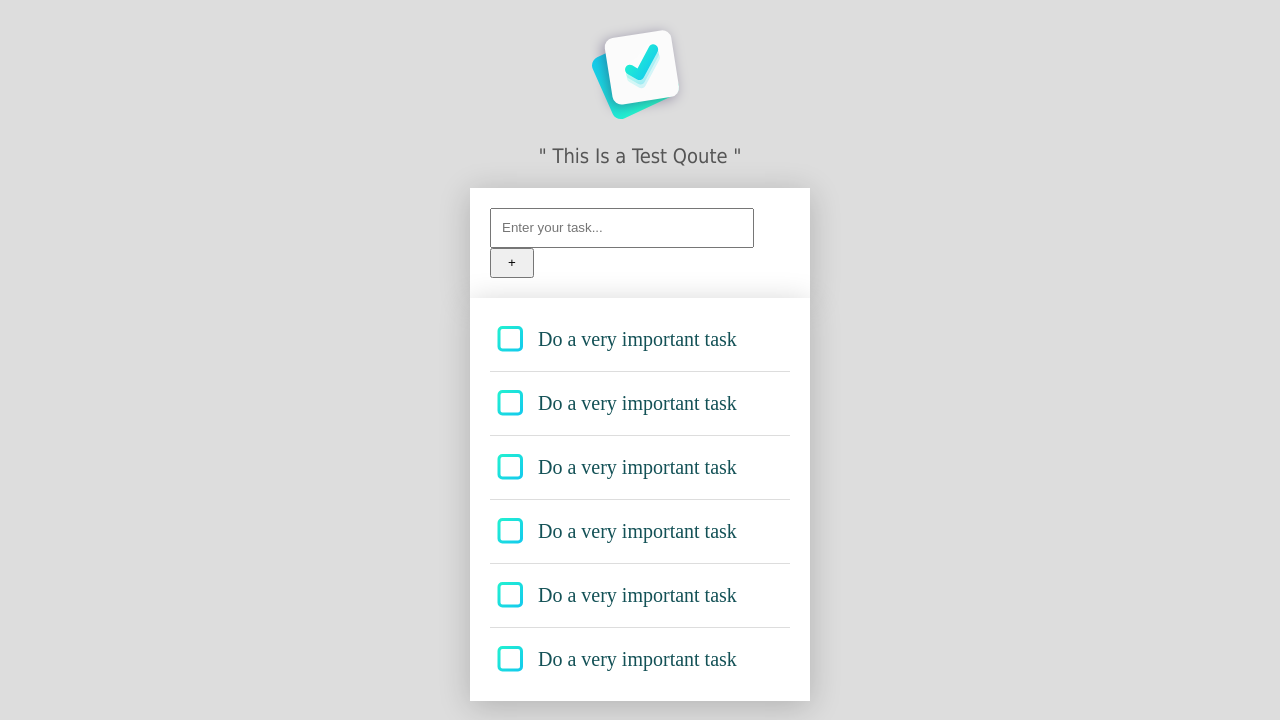
Repository: ahmedhamed15/React-Todo
Page: /
The author's editor kept a copy of each file at every save. The page is drawn from the files as they stood at one save, then again after the next save.
The browser window is 1280 px wide. The pictures show the whole page.
The project was rebuilt for these pictures with package versions that can differ from the ones it lists, and the page was loaded fresh each time.

Above is the page before, as saved 2021-07-26 14:53:21.

### src/index.js
import React from 'react';
import ReactDOM from 'react-dom';
import './index.scss';
import App from './App';

ReactDOM.render(<App />,document.getElementById('root'));

### src/App.js
import MainLogo from "./components/MainLogo";
import Qoute from "./components/Qoute";
import TodoList from "./components/Todos/TodoList";

function App() {
  return (
    <section className="App">
      <MainLogo />
      <Qoute />
      <TodoList />
    </section>
  );
}

export default App;

### src/components/MainLogo/index.js
import "./style.scss"

const index = () => {
    return (
        <section className="main-logo">
            <svg width="100px" height="100px" viewBox="0 0 100 100" version="1.1" xmlns="http://www.w3.org/2000/svg" xmlnsXlink="http://www.w3.org/1999/xlink">
                <desc>Created with Sketch.</desc>
                <defs>
                <linearGradient x1="34.9523037%" y1="0%" x2="116.039609%" y2="115.484477%" id="linearGradient-1">
                    <stop stop-color="#27FDC7" offset="0%"></stop>
                    <stop stop-color="#0FC0F5" offset="100%"></stop>
                </linearGradient>
                <rect id="path-2" x="19.8783454" y="5.46149939" width="67.2578578" height="67.2008596" rx="8.99999976"></rect>
                <filter x="-35.7%" y="-28.3%" width="162.4%" height="162.5%" filterUnits="objectBoundingBox" id="filter-3">
                    <feOffset dx="-3" dy="2" in="SourceAlpha" result="shadowOffsetOuter1"></feOffset>
                    <feGaussianBlur stdDeviation="6.5" in="shadowOffsetOuter1" result="shadowBlurOuter1"></feGaussianBlur>
                    <feColorMatrix values="0 0 0 0 0.0296505968   0 0 0 0 0.0172602666   0 0 0 0 0.100446429  0 0 0 0.423177083 0" type="matrix" in="shadowBlurOuter1"></feColorMatrix>
                </filter>
                <linearGradient x1="0%" y1="0%" x2="115.291753%" y2="112.548614%" id="linearGradient-4">
                    <stop stop-color="#27FDC7" offset="0%"></stop>
                    <stop stop-color="#0FC0F5" offset="83.2001616%"></stop>
                    <stop stop-color="#27FDC7" offset="100%"></stop>
                </linearGradient>
                <path d="M40.2086259,6.21042694 C39.2480415,5.24152695 38.1027468,4.75708888 36.7727039,4.75708888 C35.4426658,4.75708888 34.3096854,5.24152695 33.3737297,6.21042694 L16.3049725,23.7622477 L12.0193093,19.3649757 C11.0833536,18.3960804 9.9503732,17.9116376 8.62033507,17.9116376 C7.29029269,17.9116376 6.14499751,18.3960804 5.1844131,19.3649757 C4.24845898,20.3338709 3.78048896,21.5077058 3.78048896,22.8865186 C3.78048896,24.2653314 4.24845898,25.4391663 5.1844131,26.4080615 L12.8690505,34.3082476 C13.8296349,35.2771428 14.9749296,35.7615833 16.3049725,35.7615833 C17.6350106,35.7615833 18.767991,35.2771428 19.7039467,34.3082476 L40.2086259,13.2535128 C41.1445816,12.2597758 41.61255,11.0797257 41.61255,9.71333379 C41.61255,8.34694665 41.1445816,7.17932216 40.2086259,6.21042694 Z" id="path-5"></path>
                <filter x="-51.5%" y="-62.9%" width="203.1%" height="225.8%" filterUnits="objectBoundingBox" id="filter-6">
                    <feOffset dx="0" dy="0" in="SourceAlpha" result="shadowOffsetOuter1"></feOffset>
                    <feGaussianBlur stdDeviation="6.5" in="shadowOffsetOuter1" result="shadowBlurOuter1"></feGaussianBlur>
                    <feColorMatrix values="0 0 0 0 1   0 0 0 0 1   0 0 0 0 1  0 0 0 0.588937953 0" type="matrix" in="shadowBlurOuter1"></feColorMatrix>
                </filter>
                </defs>
                <g id="Page-1" stroke="none" stroke-width="1" fill="none" fill-rule="evenodd">
                <g id="Artboard-2" transform="translate(-214.000000, -272.000000)">
                    <g id="Group-4" transform="translate(201.000000, 269.000000)">
                        <g id="Group-3" transform="translate(58.787474, 58.534712) rotate(-6.000000) translate(-58.787474, -58.534712) translate(5.642436, 5.434712)">
                            <g id="Group-2" transform="translate(52.899385, 53.035097) rotate(7.000000) translate(-52.899385, -53.035097) translate(5.609309, 5.785097)">
                            <path d="M20.0219734,15.1240886 L74.1829282,14.1930575 C79.1527566,14.1076258 83.2508546,18.0672116 83.3362864,23.03704 C83.3371726,23.0885978 83.3376158,23.1401624 83.3376158,23.1917278 L83.3376158,72.0429044 C83.3376158,76.9531616 79.4018358,80.9571794 74.4923039,81.0415747 L20.3313491,81.9726057 C15.3615207,82.0580374 11.2634227,78.0984516 11.1779909,73.1286232 C11.1771047,73.0770654 11.1766615,73.0255009 11.1766615,72.9739354 L11.1766615,24.1227589 C11.1766615,19.2125016 15.1124415,15.2084838 20.0219734,15.1240886 Z" id="Rectangle" fill="url(#linearGradient-1)" transform="translate(47.257139, 48.082832) scale(-1, -1) rotate(-25.000000) translate(-47.257139, -48.082832) "></path>
                            <g id="Rectangle" transform="translate(53.507274, 39.061929) rotate(-10.000000) translate(-53.507274, -39.061929) ">
                                <use fill="black" fill-opacity="1" filter="url(#filter-3)" xlinkHref="#path-2"></use>
                                <use fill="#FBFBFB" fill-rule="evenodd" xlinkHref="#path-2"></use>
                            </g>
                            </g>
                        </g>
                        <g id="Group-5" transform="translate(43.000000, 26.000000)">
                            <path d="M41.1093892,10.5623533 C40.1488048,9.59345333 39.0035101,9.10901526 37.6734673,9.10901526 C36.3434291,9.10901526 35.2104488,9.59345333 34.274493,10.5623533 L17.2057358,28.1141741 L12.9200727,23.716902 C11.9841169,22.7480068 10.8511366,22.263564 9.52109843,22.263564 C8.19105605,22.263564 7.04576086,22.7480068 6.08517646,23.716902 C5.14922234,24.6857973 4.68125232,25.8596322 4.68125232,27.238445 C4.68125232,28.6172578 5.14922234,29.7910927 6.08517646,30.7599879 L13.7698139,38.660174 C14.7303983,39.6290692 15.875693,40.1135096 17.2057358,40.1135096 C18.535774,40.1135096 19.6687543,39.6290692 20.6047101,38.660174 L41.1093892,17.6054392 C42.045345,16.6117022 42.5133134,15.4316521 42.5133134,14.0652602 C42.5133134,12.698873 42.045345,11.5312485 41.1093892,10.5623533 Z" id="Page-1" fill="url(#linearGradient-4)" opacity="0.3" transform="translate(23.597283, 24.611262) rotate(-16.000000) translate(-23.597283, -24.611262) "></path>
                            <path d="M42.0101526,14.2623533 C41.0495682,13.2934533 39.9042735,12.8090153 38.5742306,12.8090153 C37.2441925,12.8090153 36.1112121,13.2934533 35.1752564,14.2623533 L18.1064992,31.8141741 L13.820836,27.416902 C12.8848803,26.4480068 11.7518999,25.963564 10.4218618,25.963564 C9.09181941,25.963564 7.94652422,26.4480068 6.98593982,27.416902 C6.78271177,27.6272827 6.60154798,27.8473258 6.4424483,28.0770317 C5.8688243,28.9052219 5.58201568,29.8590202 5.58201568,30.938445 C5.58201568,32.3172578 6.04998569,33.4910927 6.98593982,34.4599879 L14.6705772,42.360174 C15.6311616,43.3290692 16.7764563,43.8135096 18.1064992,43.8135096 C19.4365373,43.8135096 20.5695177,43.3290692 21.5054734,42.360174 L42.0101526,21.3054392 C42.9461083,20.3117022 43.4140767,19.1316521 43.4140767,17.7652602 C43.4140767,16.398873 42.9461083,15.2312485 42.0101526,14.2623533 Z" id="Page-1" fill="url(#linearGradient-4)" opacity="0.2" transform="translate(24.498046, 28.311262) rotate(-16.000000) translate(-24.498046, -28.311262) "></path>
                            <g id="Page-1" transform="translate(22.696519, 20.259336) rotate(-16.000000) translate(-22.696519, -20.259336) ">
                            <use fill="black" fill-opacity="1" filter="url(#filter-6)" xlinkHref="#path-5"></use>
                            <use fill="url(#linearGradient-4)" fill-rule="evenodd" xlinkHref="#path-5"></use>
                            </g>
                        </g>
                    </g>
                </g>
                </g>
            </svg>
        </section>
    )
}

export default index

### src/components/Qoute/index.js
import "./style.scss"

const index = () => {
    return (
        <section className="qoute">
            <blockquote> This Is a Test Qoute </blockquote>
        </section>
    )
}

export default index

### src/components/Todos/TodoList/index.js
import TodoItem from "../TodoItem";
import TodoFrom from "../TodoForm";
import "./style.scss"

const index = () => {
    return (
        <section className="todos-list">

            {/* General SVG code for checkbox */}
            <svg viewBox="0 0 0 0" style={ {position: 'absolute', zIndex: '-1', opacity: '0'} }>
                <defs>
                <linearGradient id="boxGradient" gradientUnits="userSpaceOnUse" x1="0" y1="0" x2="25" y2="25">
                    <stop offset="0%"   stop-color="#27FDC7"/>
                    <stop offset="100%" stop-color="#0FC0F5"/>
                </linearGradient>

                <linearGradient id="lineGradient">
                    <stop offset="0%"    stop-color="#0FC0F5"/>
                    <stop offset="100%"  stop-color="#27FDC7"/>
                </linearGradient>

                <path id="todo__line" stroke="url(#lineGradient)" d="M21 12.3h168v0.1z"></path>
                <path id="todo__box" stroke="url(#boxGradient)" d="M21 12.7v5c0 1.3-1 2.3-2.3 2.3H8.3C7 20 6 19 6 17.7V7.3C6 6 7 5 8.3 5h10.4C20 5 21 6 21 7.3v5.4"></path>
                <path id="todo__check" stroke="url(#boxGradient)" d="M10 13l2 2 5-5"></path>
                <circle id="todo__circle" cx="13.5" cy="12.5" r="10"></circle>
                </defs>
            </svg>


            {/* Todo From */}
            <TodoFrom />

            {/* Todos List */}
            <div className="todo-list">
                <TodoItem />
                <TodoItem />
                <TodoItem />
                <TodoItem />
                <TodoItem />
                <TodoItem />
            </div>

        </section>
    )
}

export default index

### src/components/MainLogo/style.scss
.main-logo {
    text-align: center;
}

### src/components/Qoute/style.scss
.qoute {
    text-align: center;
    blockquote {
        font: {
            size: 20px;
            family: 'tahoma', arial;
            weight: 500;
        }
        color: #555;
        &::after,
        &::before {
            content: ' " ';
        }
    }
}

### src/components/Todos/TodoItem/index.js
import "./style.scss"

const index = () => {
    return (
        <label className="todo">
            <input className="todo__state" type="checkbox" />

            <svg xmlns="http://www.w3.org/2000/svg" xmlnsXlink="http://www.w3.org/1999/xlink" viewBox="0 0 200 25" className="todo__icon">
                <use xlinkHref="#todo__line" className="todo__line"></use>
                <use xlinkHref="#todo__box" className="todo__box"></use>
                <use xlinkHref="#todo__check" className="todo__check"></use>
                <use xlinkHref="#todo__circle" className="todo__circle"></use>
            </svg>

            <div className="todo__text">Do a very important task</div>

        </label>
    )
}

export default index

### src/components/Todos/TodoForm/index.js
import "./style.scss";

const index = () => {
    return (
        <form className="todo-form">
            <input type="text" className="todo-form__input-type" placeholder="Enter your task..." />
            <button type="submit" className="todo-form__button-type"> + </button>
        </form>
    )
}

export default index

### src/components/Todos/TodoList/style.scss
.todo-list {
    background: #FFF;
    font-size: 20px;
    max-width: 15em;
    margin: auto;
    padding: 0.5em 1em;
    box-shadow: 0 5px 30px rgba(0, 0, 0, 0.2);
}

### src/components/Todos/TodoItem/style.scss
  .todo {
    display: block;
    position: relative;
    padding: 1em 1em 1em 16%;
    margin: 0 auto;
    cursor: pointer;
    border-bottom: solid 1px #ddd;
  }
  .todo:last-child {
    border-bottom: none;
  }
  .todo__state {
    position: absolute;
    top: 0;
    left: 0;
    opacity: 0;
  }
  .todo__text {
    color: #135156;
    transition: all 0.4s linear 0.4s;
  }
  .todo__icon {
    position: absolute;
    top: 0;
    bottom: 0;
    left: 0;
    width: 100%;
    height: auto;
    margin: auto;
    fill: none;
    stroke: #27FDC7;
    stroke-width: 2;
    stroke-linejoin: round;
    stroke-linecap: round;
  }
  .todo__line,
  .todo__box,
  .todo__check {
    transition: stroke-dashoffset 0.8s cubic-bezier(0.9, 0, 0.5, 1);
  }
  .todo__circle {
    stroke: #27FDC7;
    stroke-dasharray: 1 6;
    stroke-width: 0;
    transform-origin: 13.5px 12.5px;
    transform: scale(0.4) rotate(0deg);
    -webkit-animation: none 0.8s linear;
            animation: none 0.8s linear;
  }
  @-webkit-keyframes explode {
    30% {
      stroke-width: 3;
      stroke-opacity: 1;
      transform: scale(0.8) rotate(40deg);
    }
    100% {
      stroke-width: 0;
      stroke-opacity: 0;
      transform: scale(1.1) rotate(60deg);
    }
  }
  @keyframes explode {
    30% {
      stroke-width: 3;
      stroke-opacity: 1;
      transform: scale(0.8) rotate(40deg);
    }
    100% {
      stroke-width: 0;
      stroke-opacity: 0;
      transform: scale(1.1) rotate(60deg);
    }
  }
  .todo__box {
    stroke-dasharray: 56.1053, 56.1053;
    stroke-dashoffset: 0;
    transition-delay: 0.16s;
  }
  .todo__check {
    stroke: #27FDC7;
    stroke-dasharray: 9.8995, 9.8995;
    stroke-dashoffset: 9.8995;
    transition-duration: 0.32s;
  }
  .todo__line {
    stroke-dasharray: 168, 1684;
    stroke-dashoffset: 168;
  }
  .todo__circle {
    -webkit-animation-delay: 0.56s;
            animation-delay: 0.56s;
    -webkit-animation-duration: 0.56s;
            animation-duration: 0.56s;
  }
  .todo__state:checked ~ .todo__text {
    transition-delay: 0s;
    color: #5EBEC1;
    opacity: 0.6;
  }
  .todo__state:checked ~ .todo__icon .todo__box {
    stroke-dashoffset: 56.1053;
    transition-delay: 0s;
  }
  .todo__state:checked ~ .todo__icon .todo__line {
    stroke-dashoffset: -8;
  }
  .todo__state:checked ~ .todo__icon .todo__check {
    stroke-dashoffset: 0;
    transition-delay: 0.48s;
  }
  .todo__state:checked ~ .todo__icon .todo__circle {
    -webkit-animation-name: explode;
            animation-name: explode;
  }
  html {
    background: #ddd;
  }
  html {
    height: 100%;
    display: flex;
  }
  body {
    width: 100%;
    margin: auto;
  }

### src/components/Todos/TodoForm/style.scss
.todo-form {
    background: #FFF;
    font-size: 20px;
    max-width: 15em;
    margin: auto;
    padding: 1em;
    box-shadow: 0 5px 30px rgba(0, 0, 0, 0.2);
    .todo-form__input-type,
    .todo-form__button-type {
        height: 30px;
    }
    .todo-form__input-type {
        width: 80%;
        padding: 3px 10px;
    }
    .todo-form__button-type {
        width: calc(20% - 1rem)
    }
}

Loaded but not shown: public/index.html (common file); src/index.scss (common file)

After the next save:
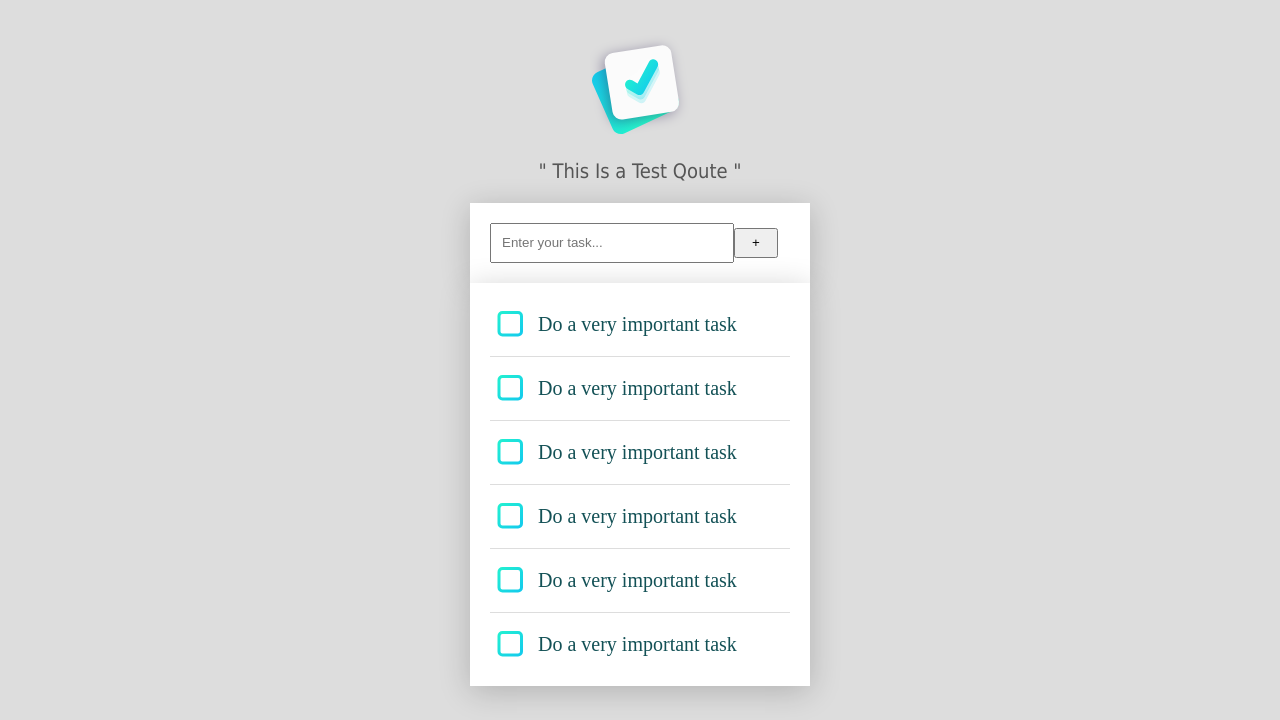
Saved 15 s later.
--- a/src/components/Todos/TodoForm/style.scss
+++ b/src/components/Todos/TodoForm/style.scss
@@ -10,7 +10,7 @@
         height: 30px;
     }
     .todo-form__input-type {
-        width: 80%;
+        width: calc(80% - 20px);
         padding: 3px 10px;
     }
     .todo-form__button-type {
